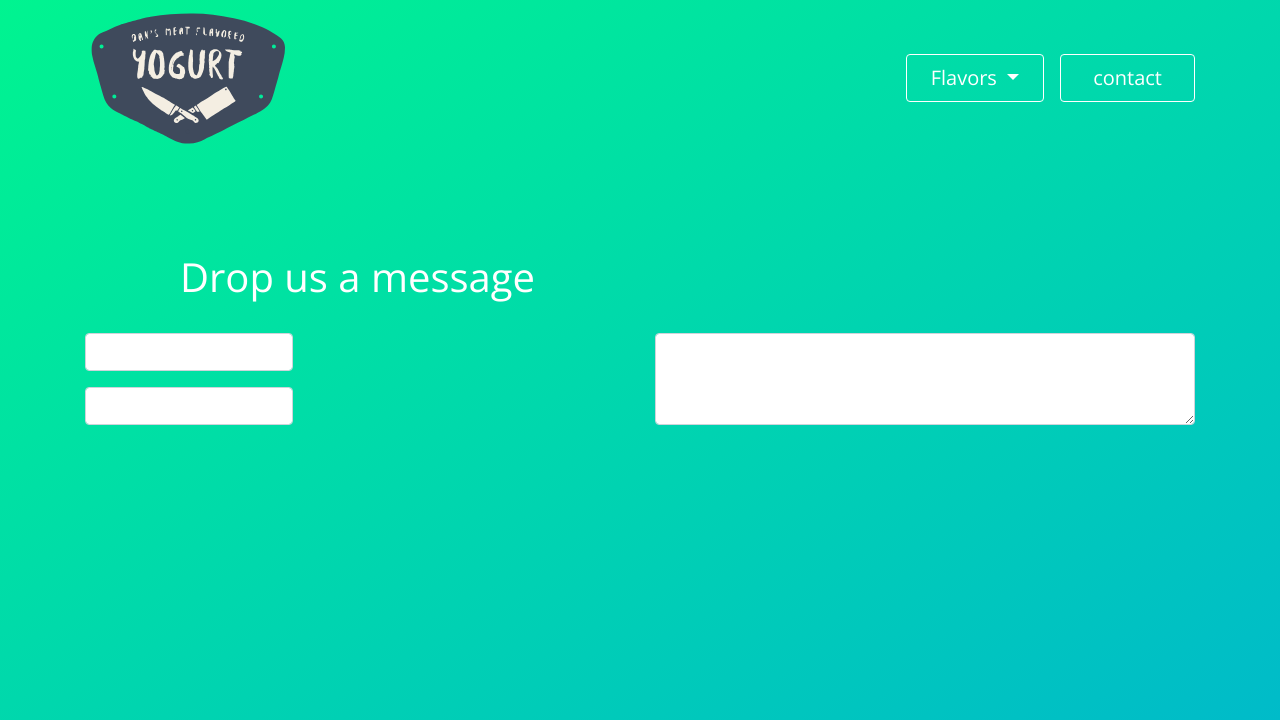
Repository: hoangnam180/Huyen
Page: Form.html
An editor plug-in stored every save of this project. The page is shown before and after the next save, followed by the edit.
The browser window is 1280 px wide. The pictures show the whole page.

Above is the page before, as saved 2021-12-03 18:53:27.
Not found: space.scss

### Form.html
<!doctype html>
<html lang="en">

<head>
  <title>Title</title>
  <!-- Required meta tags -->
  <meta charset="utf-8">
  <meta name="viewport" content="width=device-width, initial-scale=1, shrink-to-fit=no">

  <!-- Bootstrap CSS -->
  <link rel="stylesheet" href="https://stackpath.bootstrapcdn.com/bootstrap/4.3.1/css/bootstrap.min.css"
    integrity="sha384-ggOyR0iXCbMQv3Xipma34MD+dH/1fQ784/j6cY/iJTQUOhcWr7x9JvoRxT2MZw1T" crossorigin="anonymous">
  <link rel="stylesheet" href="space.scss">
  <link rel="stylesheet" href="style.css">
  <link rel="preconnect" href="https://fonts.googleapis.com">
  <link rel="preconnect" href="https://fonts.gstatic.com" crossorigin>
  <link href="https://fonts.googleapis.com/css2?family=Abril+Fatface&family=Open+Sans:wght@300;400&display=swap"
    rel="stylesheet">
</head>

<body>
  <div class="container">
    <nav class="navbar navbar-expand-lg navbar-light pr-0 pl-0 ">
      <!-- logo -->
      <a class="navbar-brand " href="#"><img src="images/logo-dans-meat-yogurt.svg" width="207.49" height="130.59"
          alt="logo"></a>
      <!-- logo end -->
      <button class="navbar-toggler border border-white" type="button" data-toggle="collapse"
        data-target="#navbarNavDropdown" aria-controls="navbarNavDropdown" aria-expanded="false"
        aria-label="Toggle navigation">
        <span class="navbar-toggler-icon"></span>
      </button>
      <div class="collapse navbar-collapse" id="navbarNavDropdown">
        <!-- nav -->
        <ul class="navbar-nav ml-auto rounded ">
          <li class="nav-item dropdown border border border-white mr-2 rounded ">
            <a class="nav-link dropdown-toggle text-center text-white pr-4 pl-4" href="#" id="navbarDropdownMenuLink" role="button"
              data-toggle="dropdown" aria-expanded="false">
              Flavors
            </a>
            <div class="dropdown-menu" aria-labelledby="navbarDropdownMenuLink">
              <a class="dropdown-item" href="#">Action</a>
              <a class="dropdown-item" href="#">Another action</a>
              <a class="dropdown-item" href="#">Something else here</a>
              <a class="dropdown-item" href="#">Action</a>
            </div>
          </li>
          <li class="nav-item border border-white ml-2 px-2 rounded ">
            <a class="nav-link text-center text-white  pr-4 pl-4" href="contact.html">contact</a>
          </li>
        </ul>
      </div>
    </nav>
    <!-- end nav -->
    <div class="form">
        <div class="row ">
            <div class="col-11 offset-1 mt-5"><h1 class="text-white mt-5">Drop us a message</h1></div>
        </div>
        <div class="row mt-4">
            <div class="col">
                <div class="row flex-column">
                    <div class="col-5">
                        <input 5 type="email" class="form-control" id="exampleInputEmail1">
                    </div>
                    <div class="col-5">
                        <input type="text" id="" class="form-control mt-3" placeholder="">
                    </div>
                </div>
            </div>
            <div class="col">
                <textarea style="height: 100%;" class="form-control" placeholder=""></textarea>
            </div>
        </div>
    </div>
  </div>

  <!-- Optional JavaScript -->
  <!-- jQuery first, then Popper.js, then Bootstrap JS -->
  <script src="https://code.jquery.com/jquery-3.3.1.slim.min.js"
    integrity="sha384-q8i/X+965DzO0rT7abK41JStQIAqVgRVzpbzo5smXKp4YfRvH+8abtTE1Pi6jizo"
    crossorigin="anonymous"></script>
  <script src="https://cdnjs.cloudflare.com/ajax/libs/popper.js/1.14.7/umd/popper.min.js"
    integrity="sha384-UO2eT0CpHqdSJQ6hJty5KVphtPhzWj9WO1clHTMGa3JDZwrnQq4sF86dIHNDz0W1"
    crossorigin="anonymous"></script>
  <script src="https://stackpath.bootstrapcdn.com/bootstrap/4.3.1/js/bootstrap.min.js"
    integrity="sha384-JjSmVgyd0p3pXB1rRibZUAYoIIy6OrQ6VrjIEaFf/nJGzIxFDsf4x0xIM+B07jRM"
    crossorigin="anonymous"></script>
</body>

</html>

### style.css
body{
    background:linear-gradient(to bottom right, #00F490, #00BBC9);
    background-attachment: fixed;
    font-size: 1.25rem;
    font-family:'Open Sans', sans-serif;
}
h5.card-title{
    color: #00F490;
}
h1.display-4{
    font-size: 4.2rem;
    text-shadow: 1px 0px 1px #000000;
    font-family: 'Abril Fatface', cursive;
}
p.lead{
    font-size: 2.25rem;
}
a.btn-outline-light{
    font-size: 1.18rem;
}
.img-top{

    border-radius: 10px 0px 0px 10px;
}
.text-top{
    border-radius: 0px 10px 10px 0px ;
}
span.next{
    margin-right: 100px;
}


@media (min-width: 768px) {
    .bg-white-md{
        background-color: white !important;
    }
    .text-black-md{
       color: #000 !important;
    }

}

After the next save:
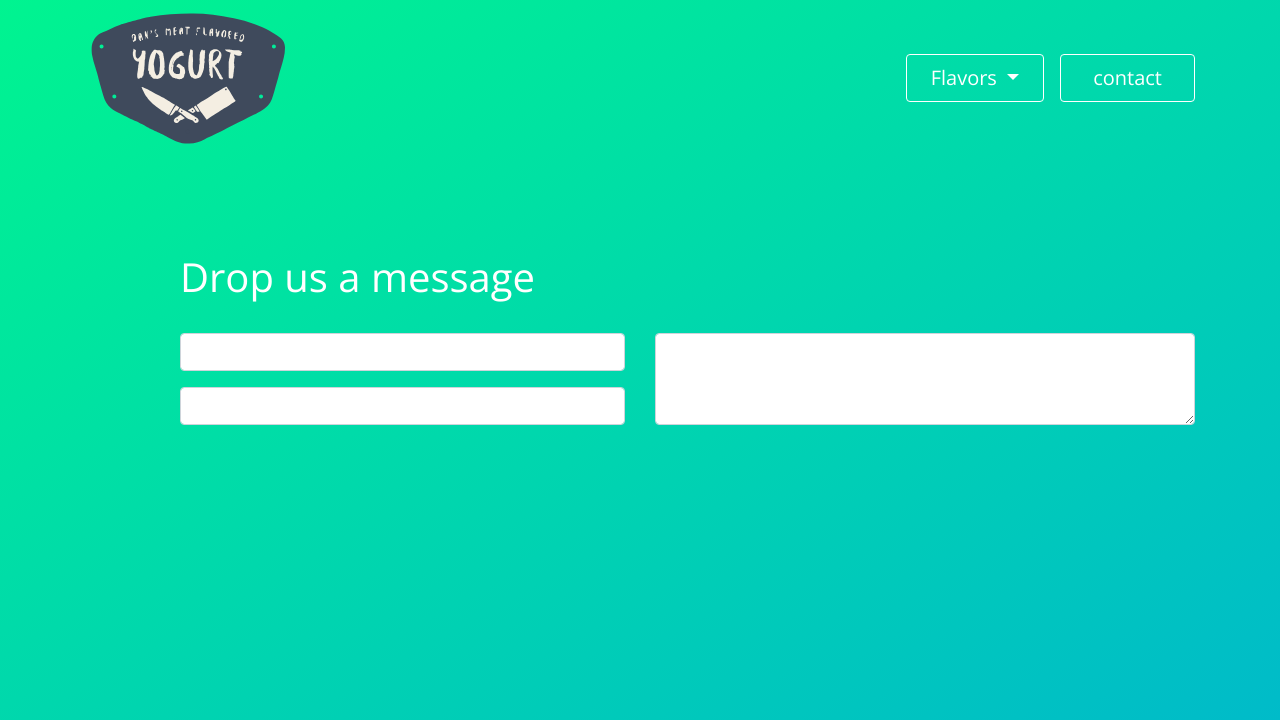
Saved 10 s later.
--- a/Form.html
+++ b/Form.html
@@ -59,10 +59,10 @@
         <div class="row mt-4">
             <div class="col">
                 <div class="row flex-column">
-                    <div class="col-5">
+                    <div class="col-10 offset-2">
                         <input 5 type="email" class="form-control" id="exampleInputEmail1">
                     </div>
-                    <div class="col-5">
+                    <div class="col-10 offset-2">
                         <input type="text" id="" class="form-control mt-3" placeholder="">
                     </div>
                 </div>
